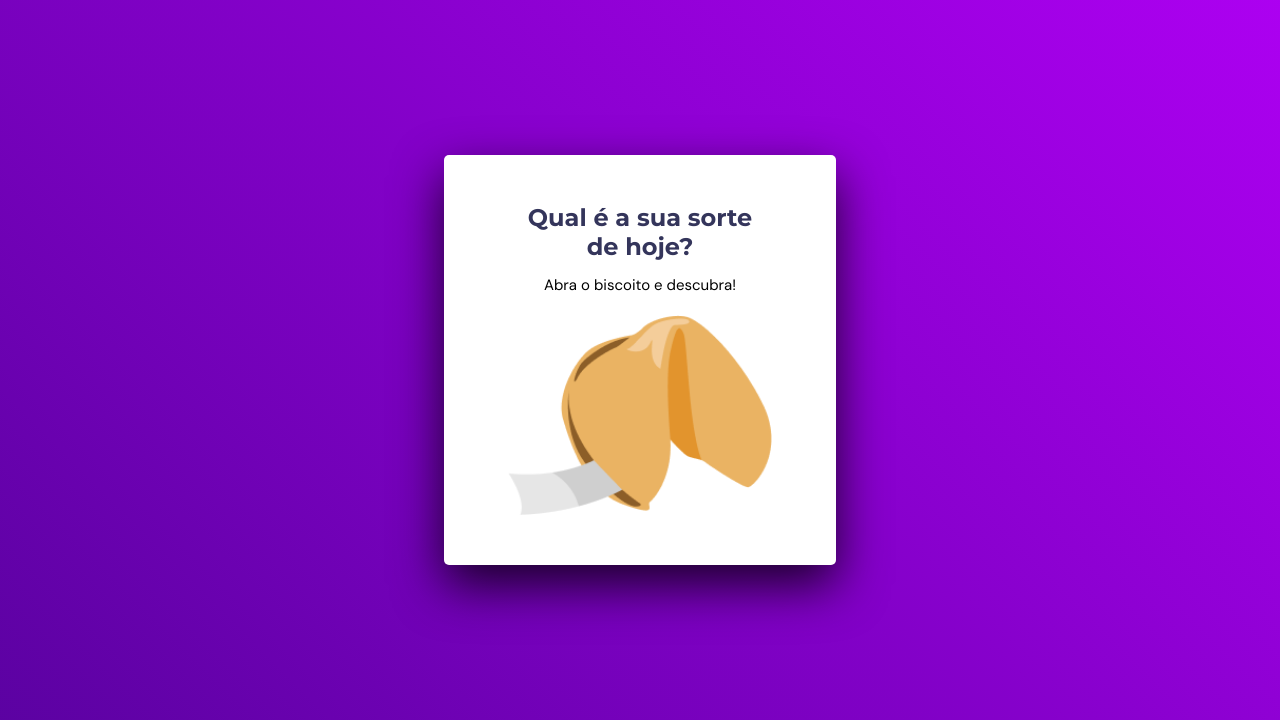
Repository: caueenrico/cookieCoach
Page: index.html
These files come from the project's save history. The page is drawn as it stood at one moment and after the next save; the edit follows.
The browser window is 1280 px wide. The pictures show the whole page.

Above is the page before, as saved 2023-06-27 16:39:19.

After the next save:
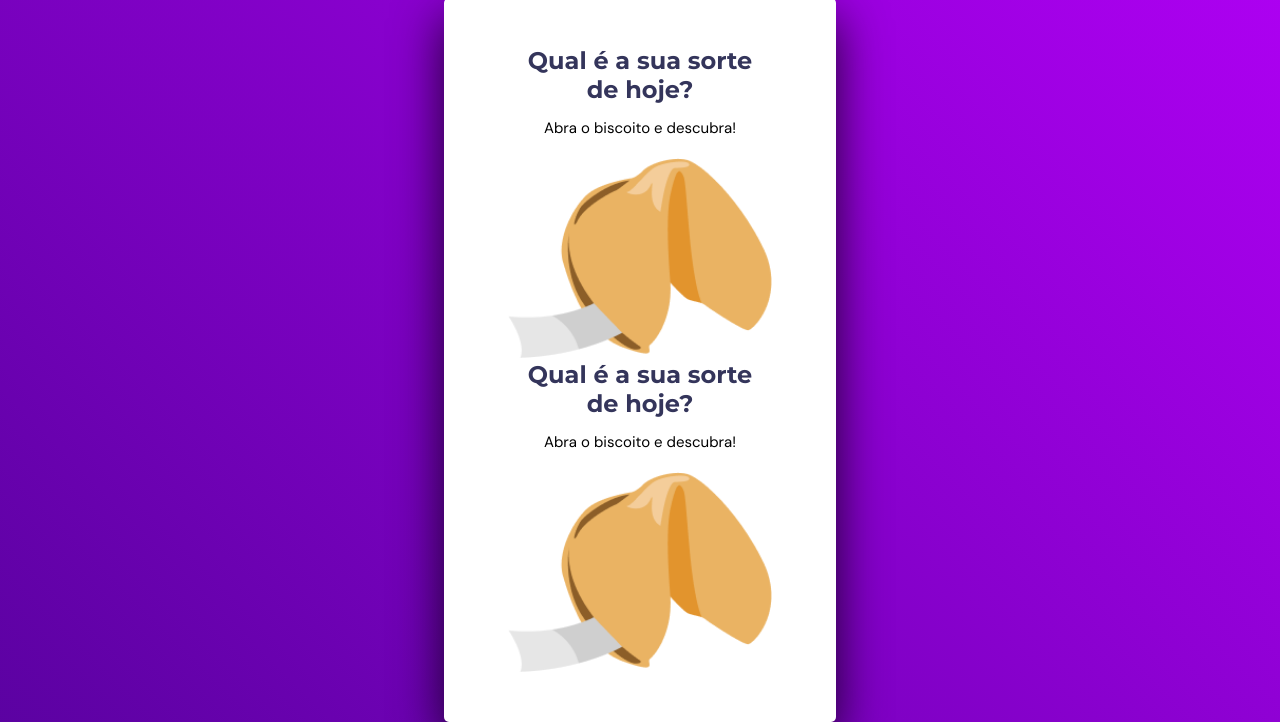
Saved 5 s later.
--- a/index.html
+++ b/index.html
@@ -25,7 +25,12 @@
       </div>
 
       <div>
-
+        <h1>
+          Qual é a sua sorte <br />
+          de hoje?
+        </h1>
+        <p>Abra o biscoito e descubra!</p>
+        <img src="/biscoitoClose.png" alt="" />
       </div>
 
     </main>

After the 2 saves that followed:
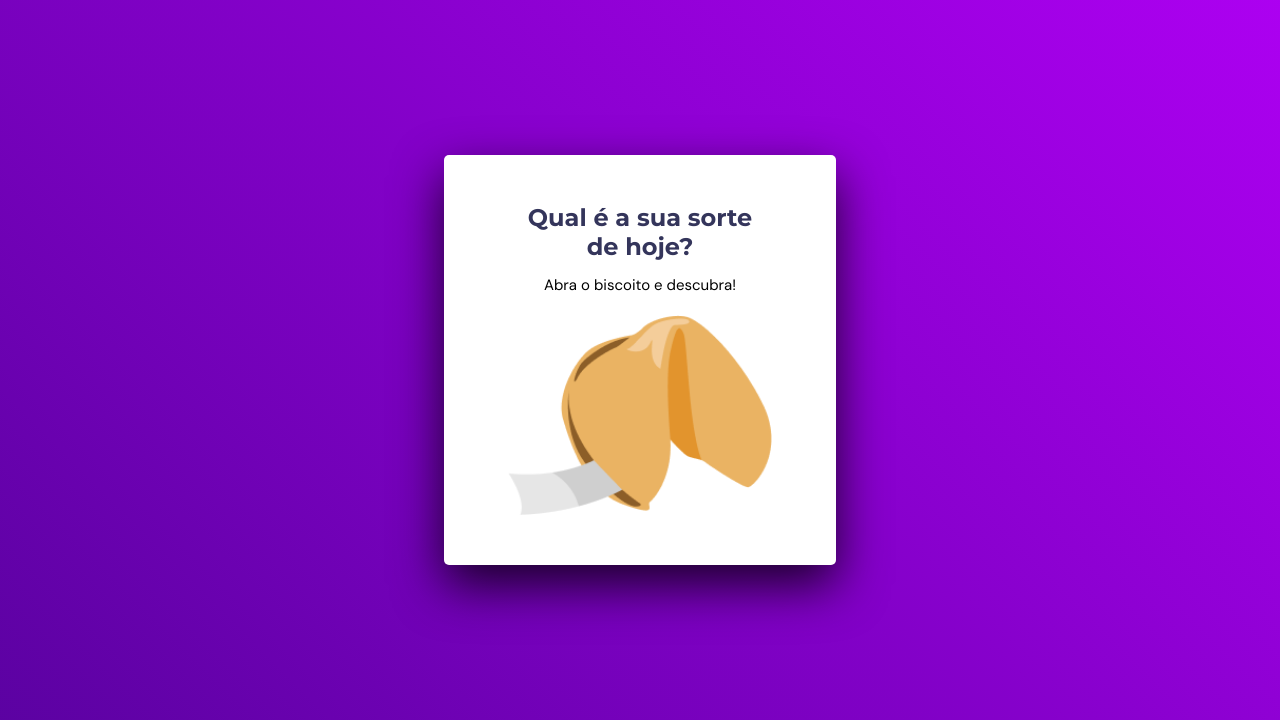
The 2 saves are shown as one change because they came seconds apart.
The last was saved 8 s later.
--- a/index.html
+++ b/index.html
@@ -15,7 +15,7 @@
   <body>
     <main>
 
-      <div>
+      <div class="hide">
         <h1>
           Qual é a sua sorte <br />
           de hoje?
